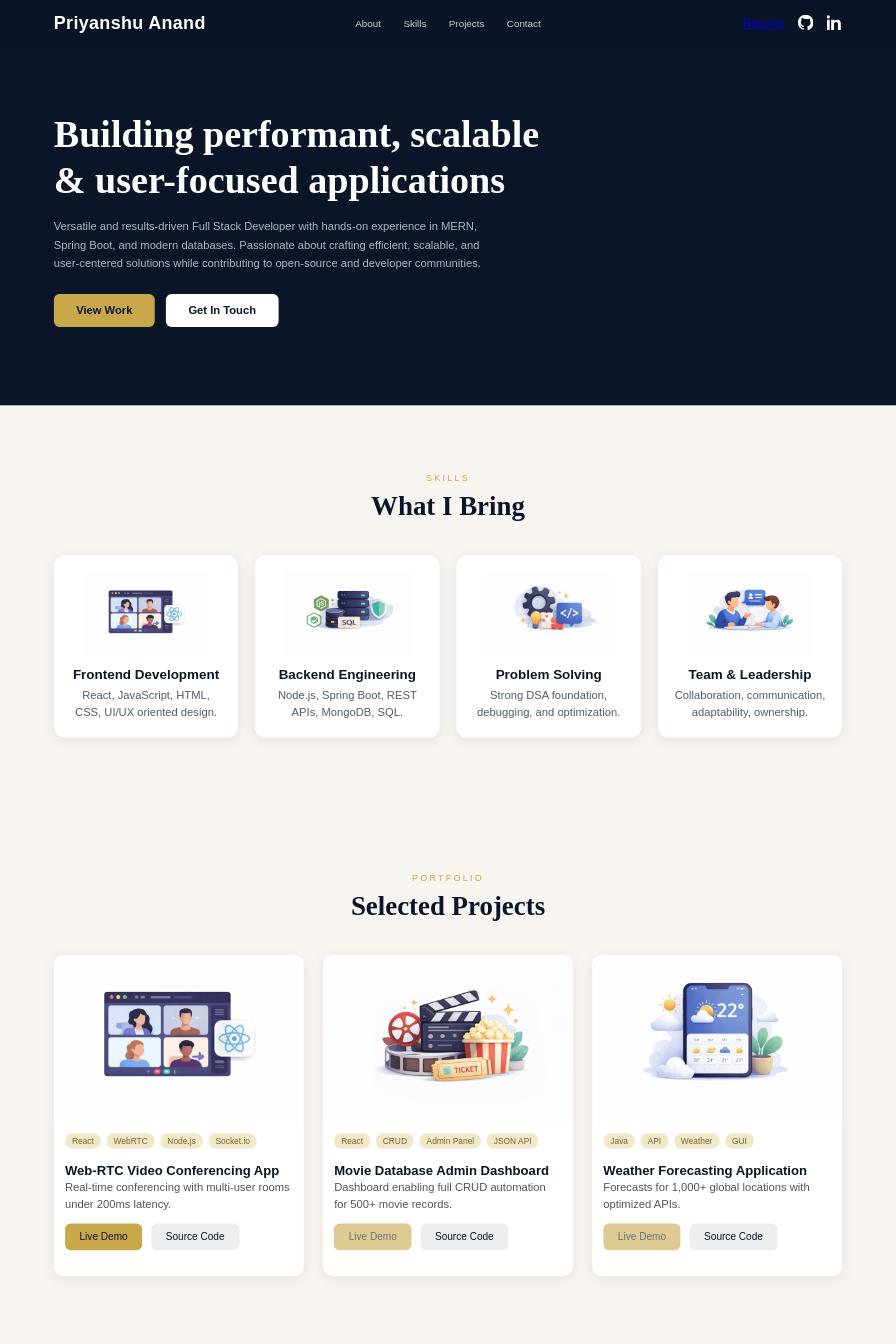
Repository: priyanshuanand12022/My-Portfolio
Page: /
An editor plug-in stored every save of this project. The page is shown before and after the next save, followed by the edit.
The browser window is 1280 px wide. The pictures show the part of the page from y = 0 to 1920 px (the page is 2746 px tall), at 70% of full size.
The project was rebuilt for these pictures with package versions that can differ from the ones it lists, and the page was loaded fresh each time. Also part of the build but not shown: vite.config.js.

Above is the page before, as saved 2026-02-25 23:21:29.

After the next save:
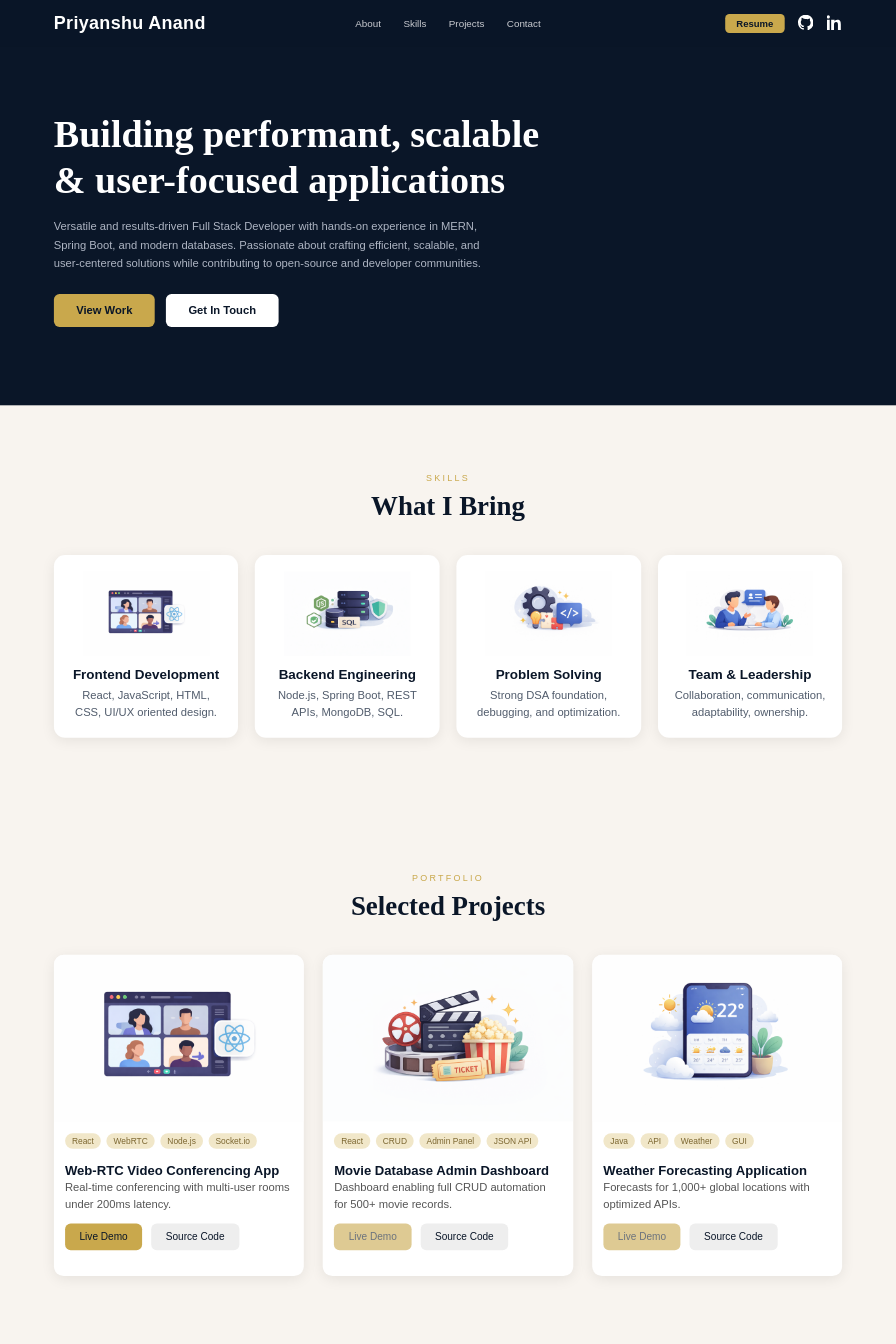
Saved 46 s later.
--- a/src/Portfolio.css
+++ b/src/Portfolio.css
@@ -66,6 +66,21 @@ body {
   font-size: 0.88rem;
 }
 
+.resume-btn {
+  background: #c9a84c;
+  color: #0a1628;
+  padding: 6px 16px;
+  border-radius: 6px;
+  text-decoration: none;
+  font-size: 0.85rem;
+  font-weight: 600;
+  transition: 0.2s ease;
+}
+
+.resume-btn:hover {
+  background: #e8c97a;
+}
+
 .nav-center a:hover {
   color: #e8c97a;
 }
